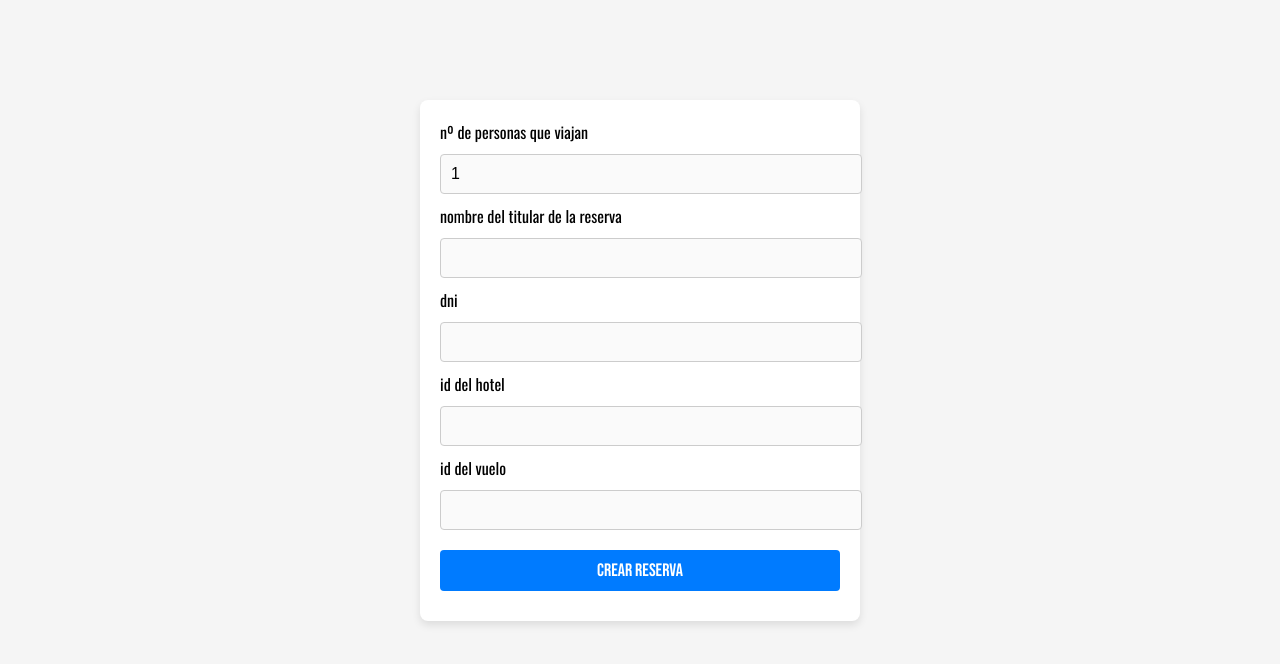
Repository: craschelf/GestionDeViajes-Microservicios
Page: http://localhost/formularioReservas
These files come from the project's save history. The page is drawn as it stood at one moment and after the next save; the edit follows.
The browser window is 1280 px wide. The pictures show the whole page.
The page is this project's Thymeleaf template; nobody is signed in. The template is opened directly, without the code that normally fills it, so the values that code supplies are empty.

Above is the page before, as saved 2024-06-06 14:31:28.

After the next save:
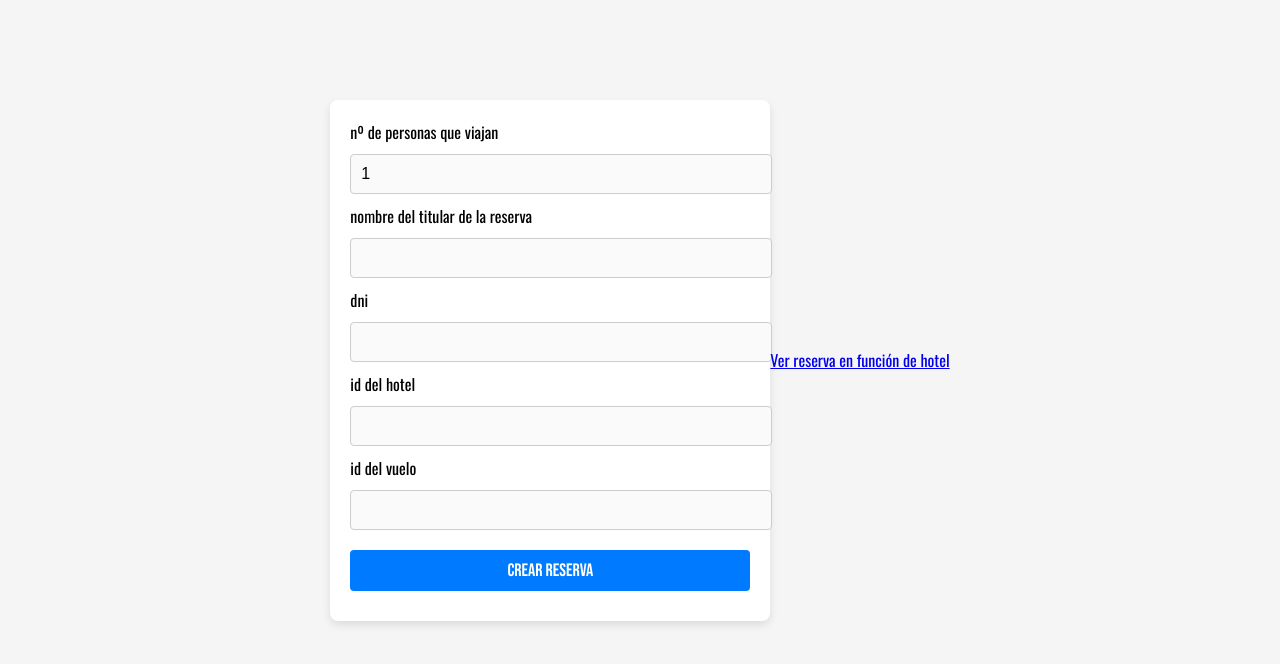
Saved 54 s later.
--- a/FrontProyectoFinal/src/main/resources/templates/formularioReservas.html
+++ b/FrontProyectoFinal/src/main/resources/templates/formularioReservas.html
@@ -22,5 +22,6 @@
 		id del vuelo <input th:field="*{idVuelo}" type="text" id="idVuelo" name="idVuelo" />
 		<button type="submit">Crear reserva</button>
 	</form>
+	<a href="/inicio">Ver reserva en función de hotel</a>
 </body>
 </html>
